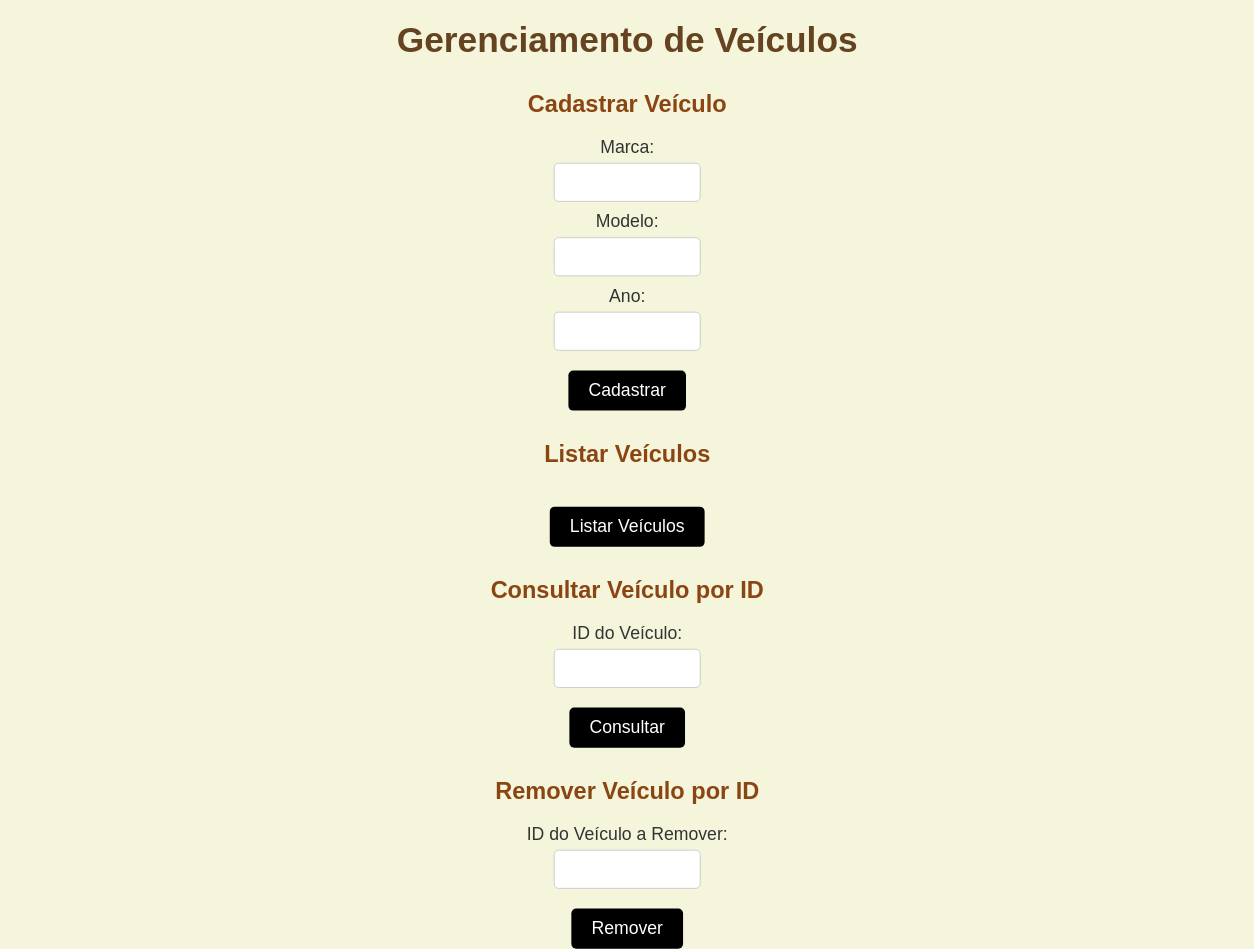
Repository: joaomadeira1208/Exercicio3
Page: veiculos/src/main/resources/index.html
These files come from the project's save history. The page is drawn as it stood at one moment and after the next save; the edit follows.
The browser window is 1280 px wide. The pictures show the whole page, at 98% of full size.

Above is the page before, as saved 2023-09-14 22:07:22.

After the next save:
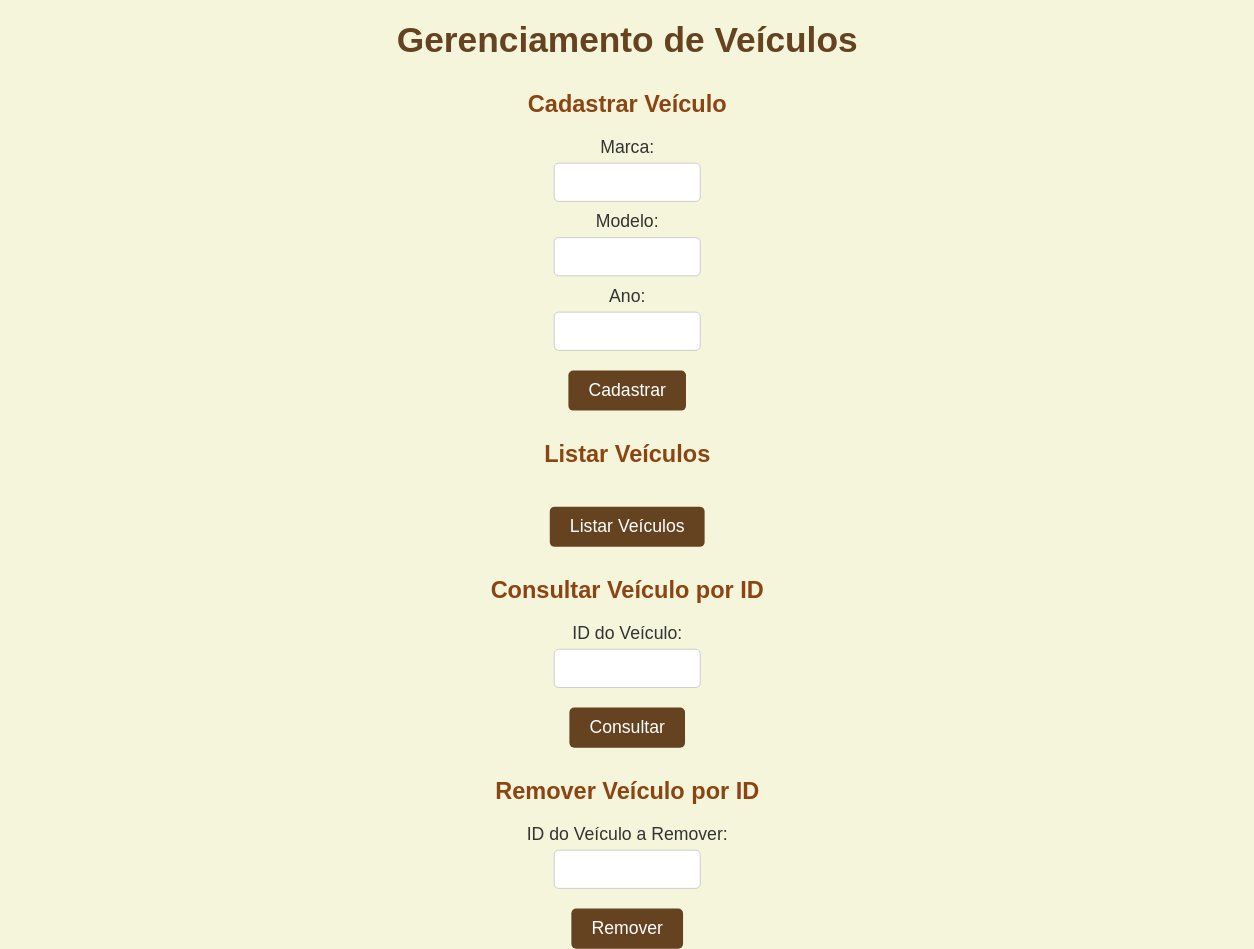
Saved 26 s later.
--- a/veiculos/src/main/resources/index.html
+++ b/veiculos/src/main/resources/index.html
@@ -48,7 +48,7 @@
 /* Estilo para o botão */
 input[type="submit"],
 button {
-    background-color: black;
+    background-color: #654321;
     color: white;
     font-size: 18px;
     padding: 10px 20px;
@@ -61,7 +61,7 @@
 /* Estilo para o botão quando o mouse passa por cima */
 input[type="submit"]:hover,
 button:hover {
-    background-color: green;
+    background-color: #654321;
 }
 
 

After the save that followed:
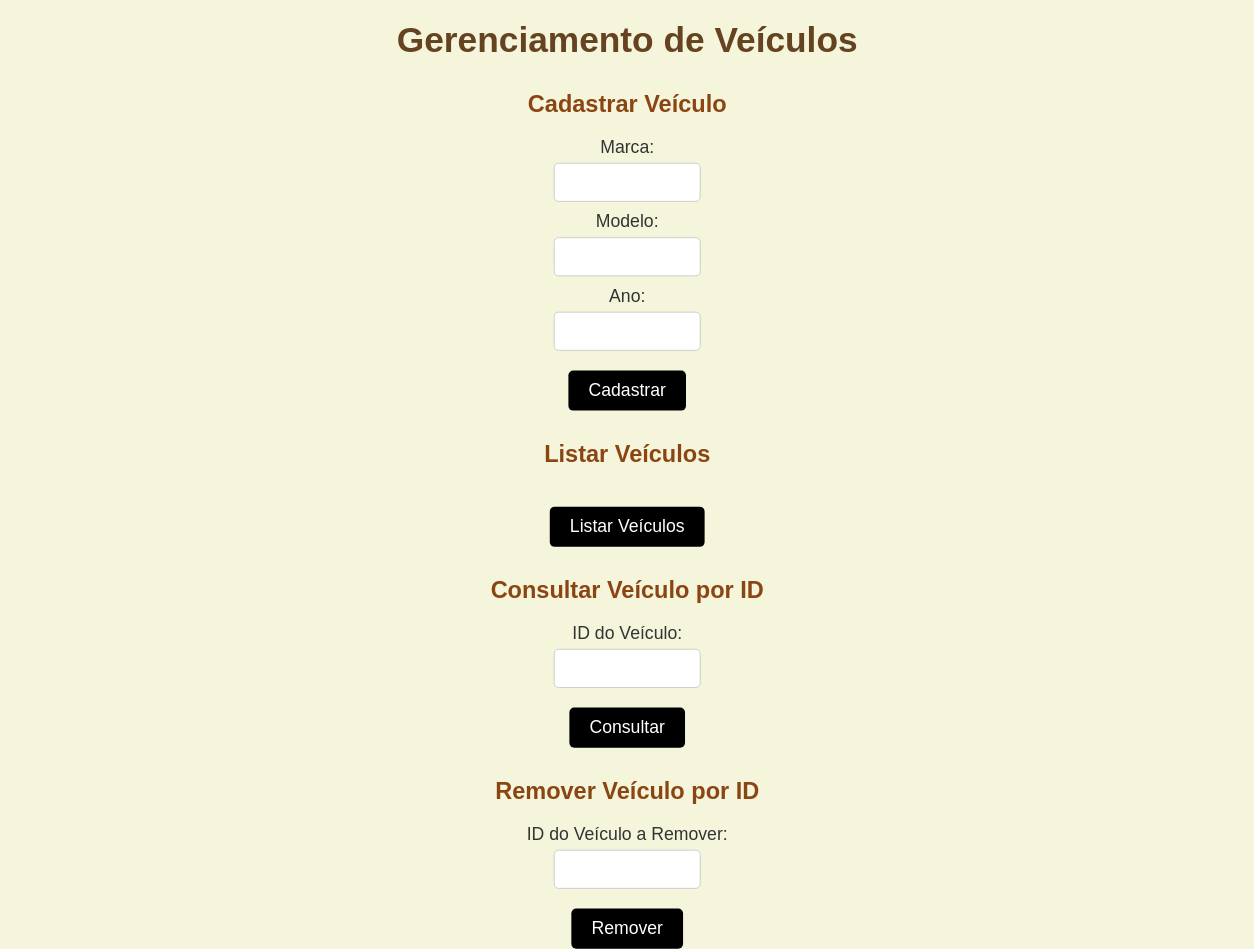
Saved 34 s later.
--- a/veiculos/src/main/resources/index.html
+++ b/veiculos/src/main/resources/index.html
@@ -48,7 +48,7 @@
 /* Estilo para o botão */
 input[type="submit"],
 button {
-    background-color: #654321;
+    background-color: black;
     color: white;
     font-size: 18px;
     padding: 10px 20px;
